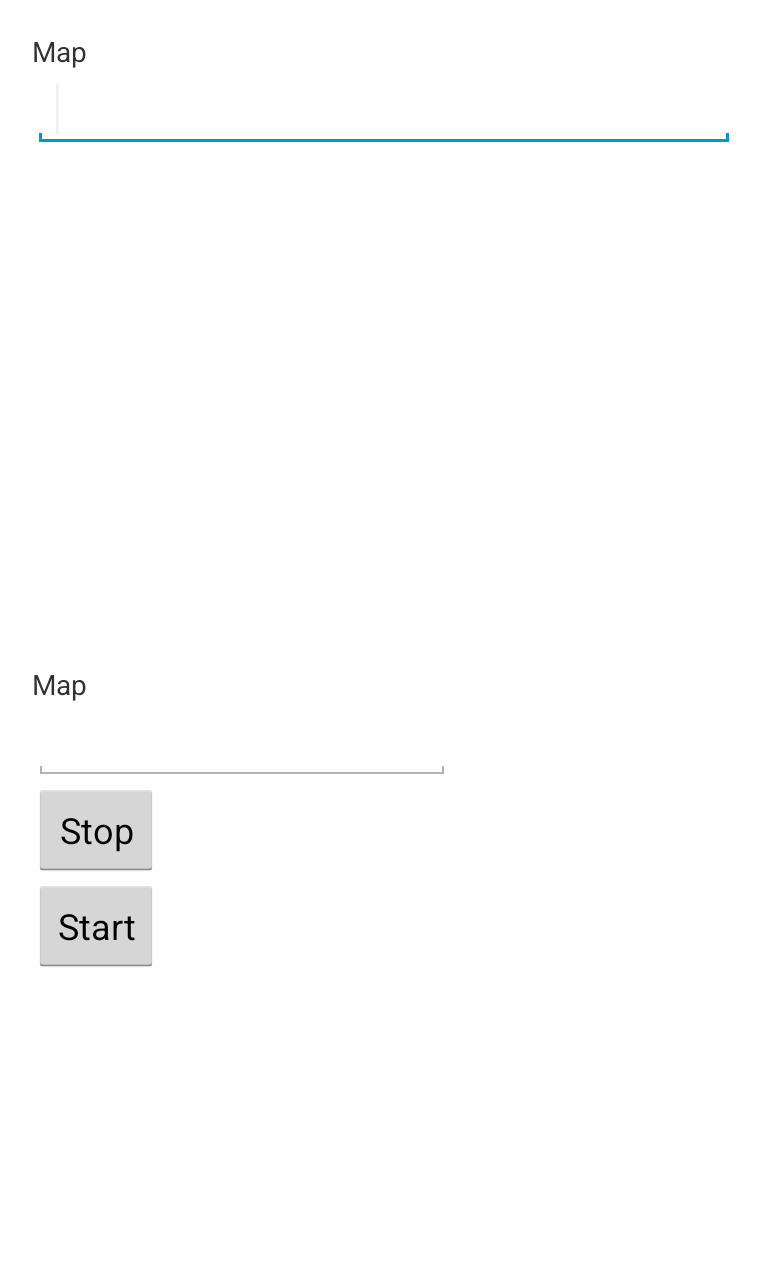
Repository: choll03/mobile_programming
Layout: Gps/res/layout/activity_main.xml
An editor plug-in stored every save of this project. The layout is shown before and after the next save, followed by the edit.
It is drawn on a 768 x 1280 px phone screen (xhdpi) without system bars, with theme AppTheme; the app's code is not run.

Above is the layout before, as saved 2019-05-01 10:15:16.

After the next save:
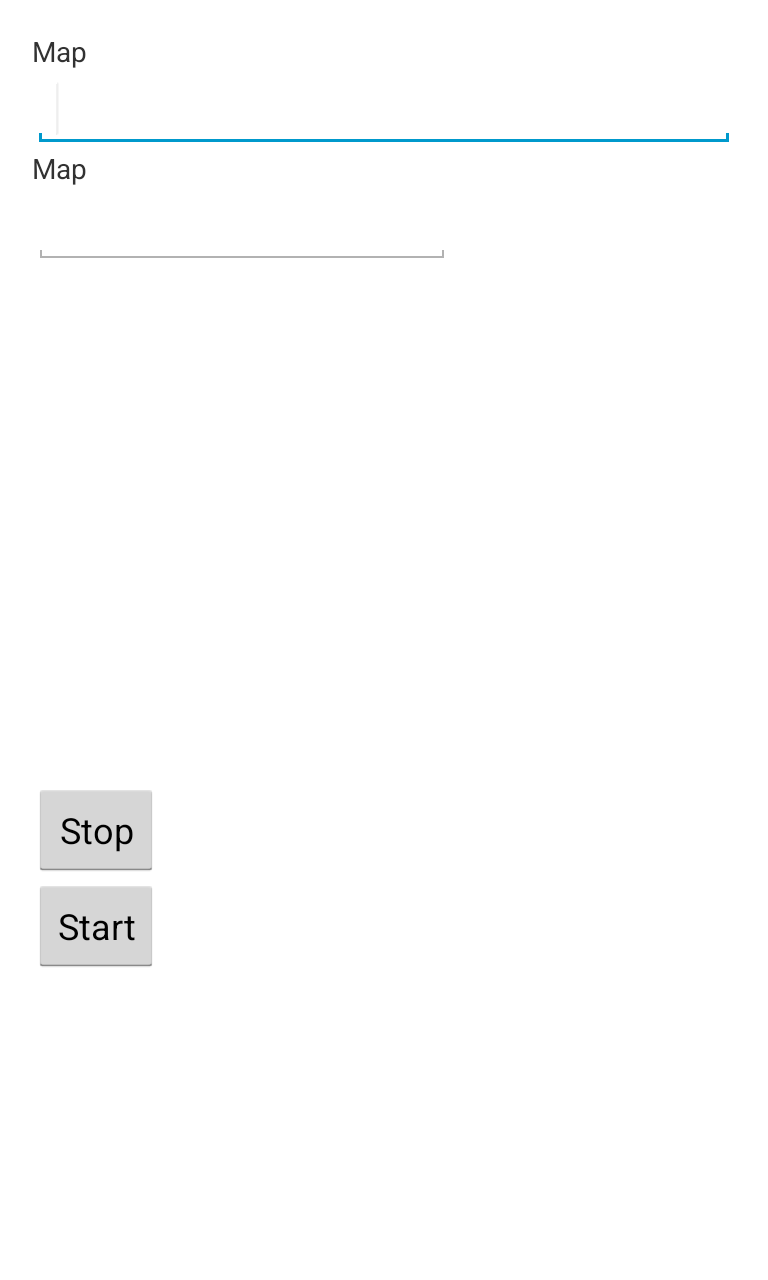
Saved 3 min 39 s later.
--- a/Gps/res/layout/activity_main.xml
+++ b/Gps/res/layout/activity_main.xml
@@ -35,8 +35,30 @@
     </LinearLayout>
 
     <LinearLayout
+        android:id="@+id/linearLayout2"
+        android:layout_width="match_parent"
+        android:layout_height="wrap_content"
+        android:orientation="vertical"
+        android:layout_below="@+id/linearLayout1">
+
+        <TextView
+            android:id="@+id/textView2"
+            android:layout_width="wrap_content"
+            android:layout_height="wrap_content"
+            android:layout_alignParentLeft="true"
+            android:layout_alignParentTop="true"
+            android:text="Map" />
+
+        <EditText
+            android:id="@+id/latitudeEditText"
+            android:layout_width="wrap_content"
+            android:layout_height="wrap_content"
+            android:ems="10" />
+    </LinearLayout>
+
+    <LinearLayout
         android:id="@+id/linearLayout3"
-        android:layout_width="wrap_content"
+        android:layout_width="match_parent"
         android:layout_height="wrap_content"
         android:layout_alignParentBottom="true"
         android:layout_alignParentLeft="true"
@@ -54,29 +76,7 @@
             android:layout_width="wrap_content"
             android:layout_height="wrap_content"
             android:text="Start" />
-    </LinearLayout>
 
-    <LinearLayout
-        android:id="@+id/linearLayout2"
-        android:layout_width="match_parent"
-        android:layout_height="wrap_content"
-        android:layout_above="@+id/linearLayout3"
-        android:layout_alignLeft="@+id/linearLayout3"
-        android:orientation="vertical" >
-
-        <TextView
-            android:id="@+id/textView2"
-            android:layout_width="wrap_content"
-            android:layout_height="wrap_content"
-            android:layout_alignParentLeft="true"
-            android:layout_alignParentTop="true"
-            android:text="Map" />
-
-        <EditText
-            android:id="@+id/latitudeEditText"
-            android:layout_width="wrap_content"
-            android:layout_height="wrap_content"
-            android:ems="10" />
     </LinearLayout>
 
 </RelativeLayout>
